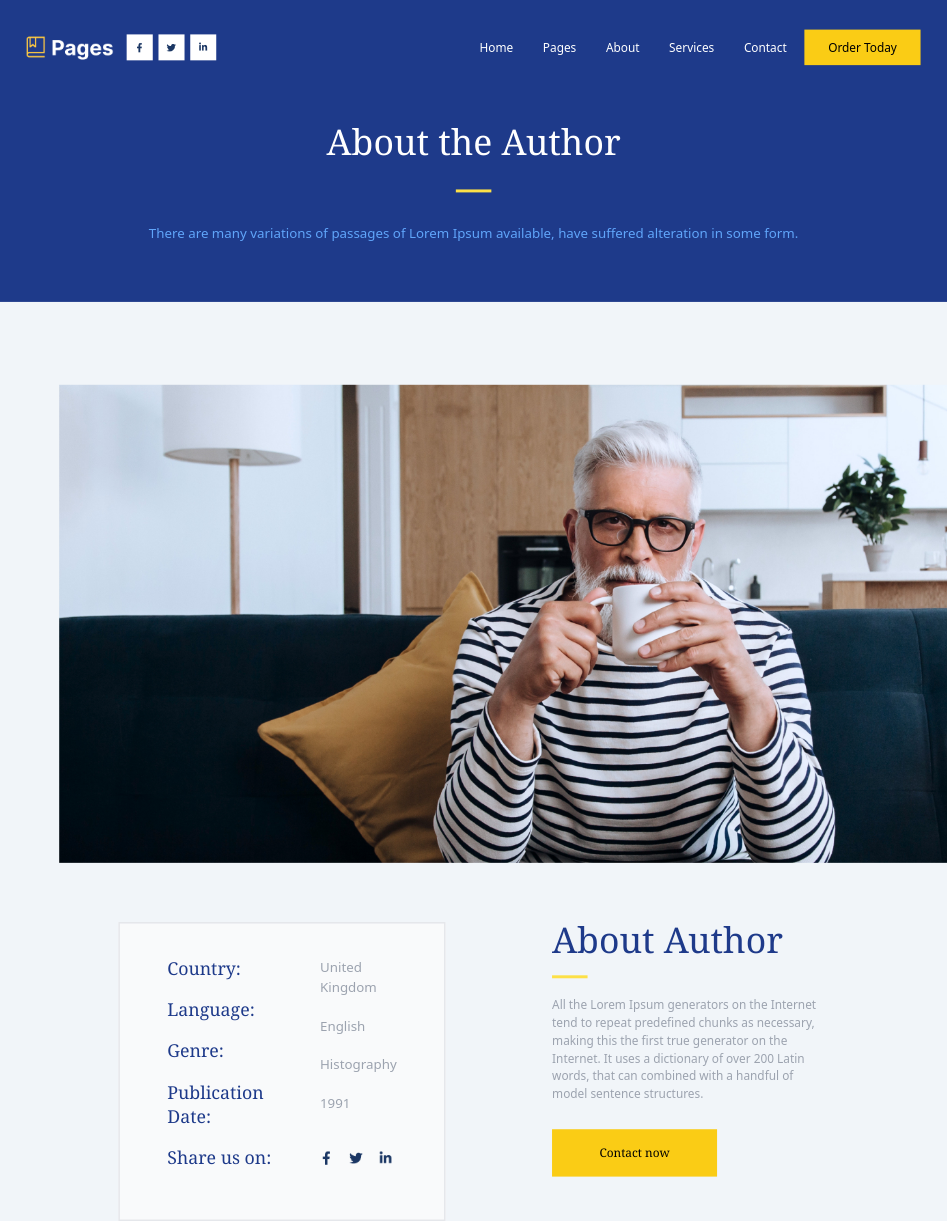
Repository: Godnorg/Class3
Page: index.html
These files come from the project's save history. The page is drawn as it stood at one moment and after the next save; the edit follows.
The browser window is 1280 px wide. The pictures show the whole page, at 74% of full size.
Some web libraries are served in a nearby version.

Above is the page before, as saved 2023-02-20 03:43:30.

### index.html
<!DOCTYPE html>
<html lang="en">
<head>
    <meta charset="UTF-8">
    <meta http-equiv="X-UA-Compatible" content="IE=edge">
    <meta name="viewport" content="width=device-width, initial-scale=1.0">
    <title>Class3</title>
    <script src="https://cdn.tailwindcss.com"></script>
</head>
<body class="w-full bg-blue-900">
<div class="flex items-center justify-between w-full pt-10 mx-auto px-9 max-w-7xl">
    <div class="flex gap-4 ">
    <img src="./Logo.png">
    <img src="./soc-icons.png" class="h-9">
    </div>
    <div class="flex gap-6">
        <ul class="flex items-center gap-10 text-white">
            <li><a href="#">Home</a></li>
            <li><a href="#">Pages</a></li>
            <li><a href="#">About</a></li>
            <li><a href="#">Services</a></li>
            <li><a href="#">Contact</a></li>
        </ul>
        <button class="px-8 py-3 mx-auto bg-yellow-400 font-sans-serif">Order Today</button>
    </div>
    </div>
    <div class="items-center mx-auto">
    <h1 class="items-center pt-20 pb-10 font-serif text-5xl text-center text-white">About the Author</h1>
        <div
            class="items-center w-12 h-1 mx-auto text-center bg-yellow-300">
        </div>
        <p class="items-center pt-10 pb-20 mx-auto text-lg text-center text-blue-400">There are many variations of passages of Lorem Ipsum available, have suffered alteration in some form.</p>
    </div>

    <div class= " bg-slate-100">
        <div class="relative w-full pb-20 pl-20 mx-auto pt-28 max-w-7xl">
        <img src="./oldman2.jpg">
        </div>
        <div class="flex flex-row max-w-7xl">
        <div class="max-w-xl ml-40 h-2/3 mr-96 bg-gray-50">
            <div class="flex px-16 mt-0 border-2 pt-11 pb-11">
                <div class="pr-16">
                <h2 class="flex pb-6 font-serif text-2xl font-medium text-blue-900">Country:</h2>
                <h2 class="flex pb-6 font-serif text-2xl text-blue-900 font-bod">Language:</h2>
                <h2 class="flex pb-6 font-serif text-2xl font-medium text-blue-900">Genre:</h2>
                <h2 class="flex pb-6 font-serif text-2xl font-medium text-blue-900">Publication Date:</h2>
                <h2 class="flex pb-6 font-serif text-2xl font-medium text-blue-900">Share us on:</h2>
                </div>
                <div class="p-0">
                <p class="pb-6 pr-0 text-lg text-gray-400 ">United Kingdom</p>
                <p class="pb-6 pr-0 text-lg text-gray-400">English</p>
                <p class="pb-6 pr-0 text-lg text-gray-400">Histography</p>
                <p class="pb-6 pr-0 text-lg text-gray-400">1991</p>
                <img src="./socialmedia.png" class="pb-6 pr-0 pt-7">
                </div>
            </div>
        </div>
        <div class="w-6/12 -ml-60">
          <h1 class="font-serif text-5xl text-blue-900">About Author</h1>
          <div class="w-12 h-1 my-6 bg-yellow-300"></div>
          <p class="text-gray-400 mr-44">All the Lorem Ipsum generators on the Internet tend to repeat predefined chunks as necessary, making this the first true generator on the Internet. It uses a dictionary of over 200 Latin words, that can combined with a handful of model sentence structures.</p>
          <button class="px-16 py-5 mx-auto font-serif bg-yellow-400 mt-9">Contact now</button>
        </div>
    </div>
</div>

<div>

</div>

</body>
</html>

After the next save:
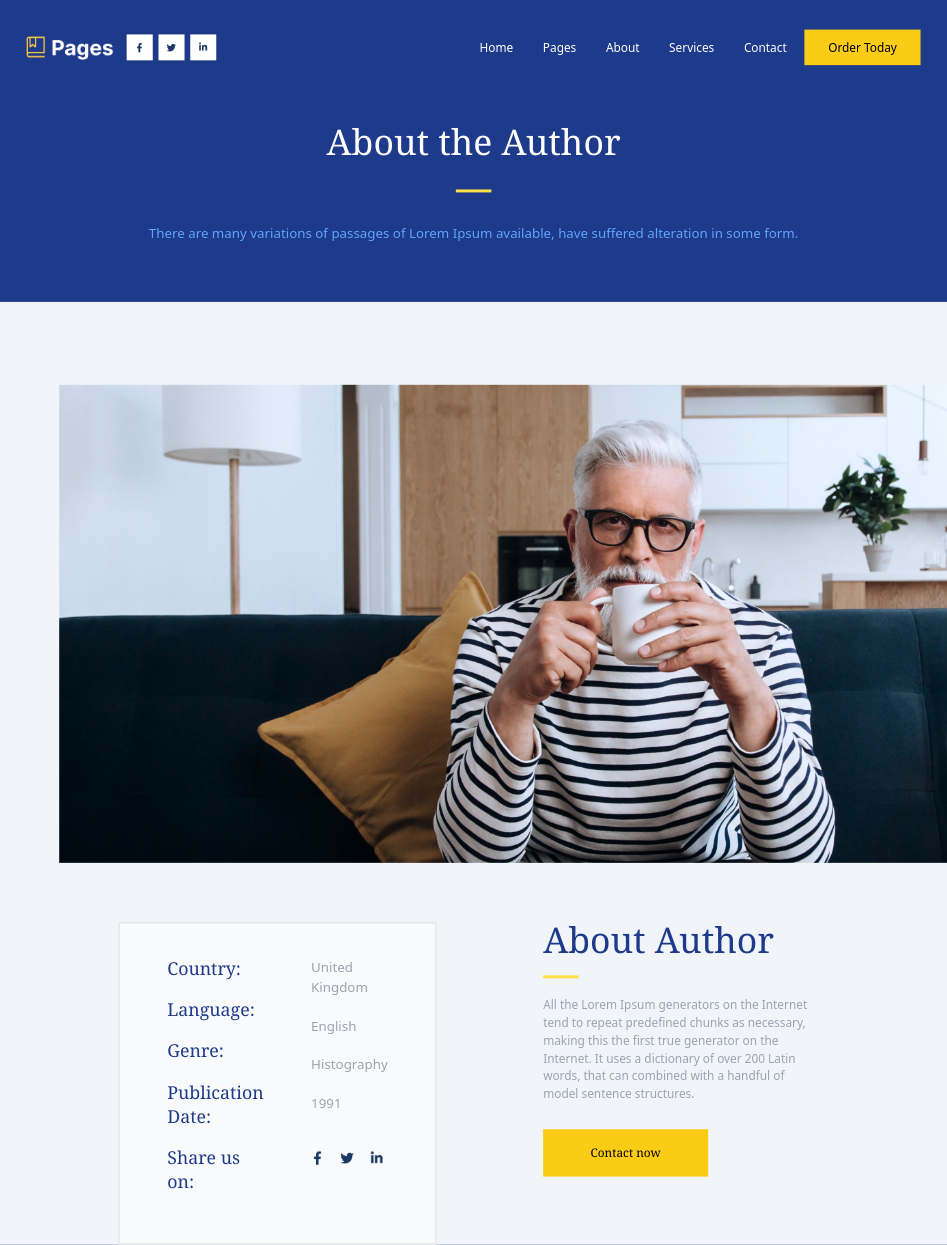
Saved 11 s later.
--- a/index.html
+++ b/index.html
@@ -55,7 +55,7 @@
                 </div>
             </div>
         </div>
-        <div class="w-6/12 -ml-60">
+        <div class=" -ml-60">
           <h1 class="font-serif text-5xl text-blue-900">About Author</h1>
           <div class="w-12 h-1 my-6 bg-yellow-300"></div>
           <p class="text-gray-400 mr-44">All the Lorem Ipsum generators on the Internet tend to repeat predefined chunks as necessary, making this the first true generator on the Internet. It uses a dictionary of over 200 Latin words, that can combined with a handful of model sentence structures.</p>
